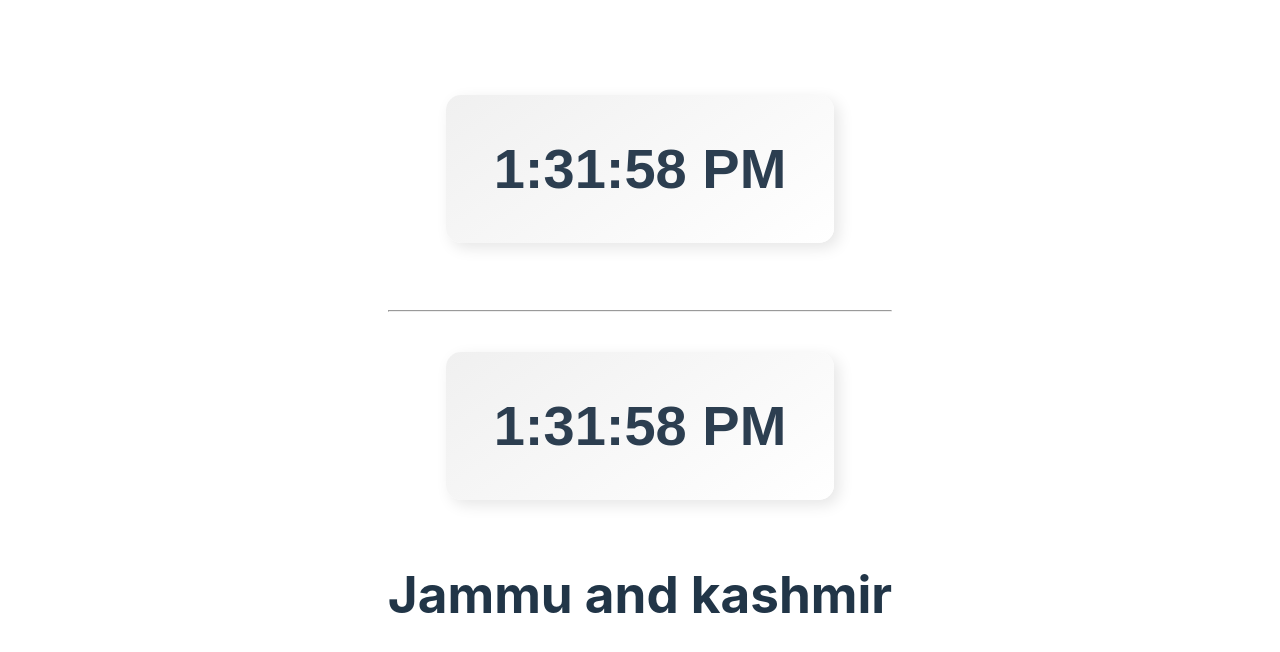
Repository: FARMAN9/inputdata-useRef-and-useEffect
Page: /
These files come from the project's save history. The page is drawn as it stood at one moment and after a run of saves; the edit follows.
The browser window is 1280 px wide. The pictures show the whole page.
The project was rebuilt for these pictures with package versions that can differ from the ones it lists, and the page was loaded fresh each time. Also part of the build but not shown: vite.config.js, src/components/inputdate.jsx.

Above is the page before, as saved 2025-01-13 12:57:27.

### src/App.jsx
import { useEffect, useState, memo } from "react";
import reactLogo from "./assets/react.svg";
import viteLogo from "/vite.svg";
import "./App.css";
import Clock from "./components/Clock";
import inputdata from "./components/inputdate";

function App() {
  const [time, setTime] = useState(new Date());

  useEffect(() => {
    const timer = setInterval(() => {
      setTime(new Date());
    }, 3000);

    // Cleanup interval on component unmount
    console.log(timer);
    return () => clearInterval(timer);
  }, []);

  return (
    <>
      <Clock time={time} />
      <hr />
      <Clock time={time} state={"Jammu and kashmir"} />
    </>
  );
}

export default memo(App);

### src/components/Clock.jsx
import React, { useEffect, useState } from "react";
import "./clock.css";

function Clock({ time, state }) {
  return (
    <>
      <div className="clock">{time.toLocaleTimeString()}</div>
      <h1>{state}</h1>
    </>
  );
}

export default Clock;

### src/components/clock.css
.clock {
  font-family: "Arial", sans-serif;
  font-size: 3.5rem;
  font-weight: 600;
  color: #2c3e50;
  background: linear-gradient(145deg, #f0f0f0, #ffffff);
  padding: 2rem 3rem;
  border-radius: 15px;
  box-shadow: 5px 5px 15px rgba(0, 0, 0, 0.1),
    -5px -5px 15px rgba(255, 255, 255, 0.8);
  display: inline-block;
  margin: 2rem;
  transition: all 0.3s ease;
}

.clock:hover {
  transform: translateY(-3px);
  box-shadow: 8px 8px 20px rgba(0, 0, 0, 0.12),
    -8px -8px 20px rgba(255, 255, 255, 0.9);
}

Loaded but not shown: index.html (common file); src/main.jsx (common file); src/index.css (common file); src/App.css (common file)

After the next 4 saves:
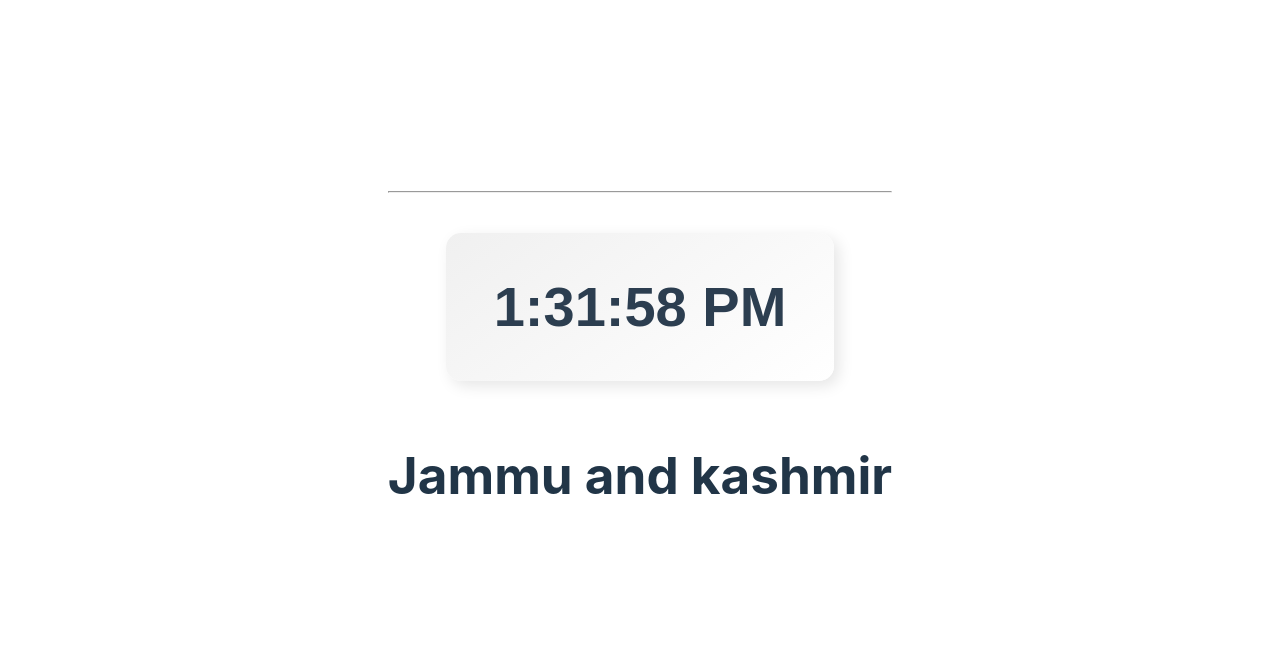
The 4 saves are shown as one change because 1 did not build or start and some came seconds apart.
The last was saved 23 s later.
--- a/src/App.jsx
+++ b/src/App.jsx
@@ -20,7 +20,7 @@ function App() {
 
   return (
     <>
-      <Clock time={time} />
+      <inputdata />
       <hr />
       <Clock time={time} state={"Jammu and kashmir"} />
     </>
